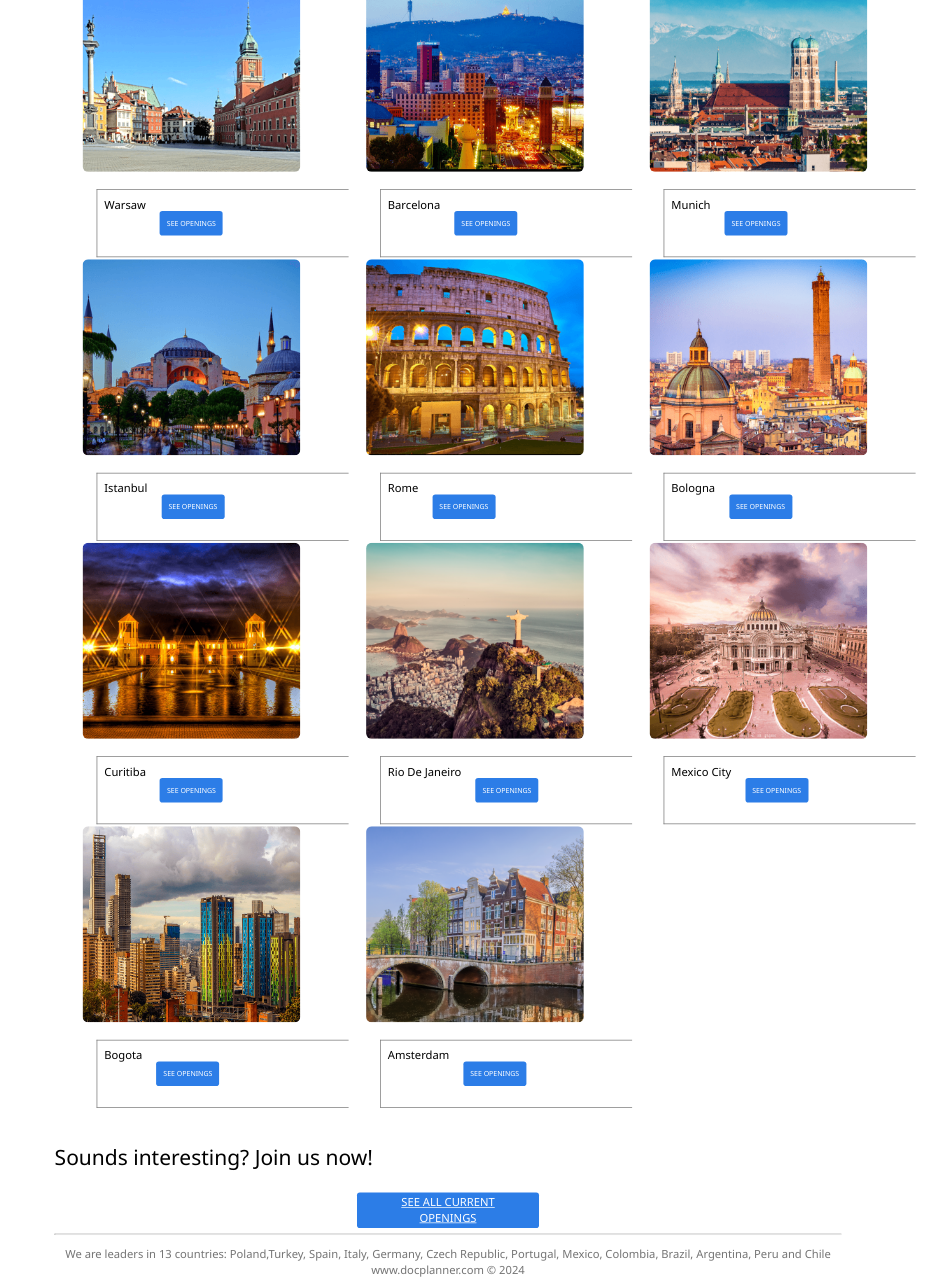
Repository: awa-creator/Checkpoint4
Page: doc.html
These files come from the project's save history. The page is drawn as it stood at one moment and after the next save; the edit follows.
The browser window is 1280 px wide. The page is 1328 px wide, so the pictures cover 1328 px, including what lies to the right of the window. The pictures show the part of the page from y = 1849 to 3689 px (the page is 3689 px tall before and 3634 px after), at 70% of full size.

Above is the page before, as saved 2024-09-24 23:33:57.

### doc.html
<!DOCTYPE html>
<html lang="en">
<head>
    <meta charset="UTF-8">
    <meta name="viewport" content="width=device-width, initial-scale=1.0">
    <title>Document</title>
    <link rel="stylesheet" href="style1.css">

</head>

<body>
        <header class="Doc_header" >
           <img class="doc_logo" src="image/imagdocplanner/logo-default-group-en.svg" alt="logo" width="238px" height="33px">
            <ul class="nav_menu">
            <li><h4 class="H">A About us</h4></li>
        <li><h4 class="H"> Career</h4></li>
        <li><h4 class="H">Departments</h4></li>
    </ul>
</header>
    <section class="Introduction">
        <div >
            <center><img class="idps" src="image/imagdocplanner/sygnet.png" alt=""></center>
        </div>
               <h1 class="tittle_intro" >Making the healthcare experience more human</h1>
        <div class="intro_text">
        <div class="div1"><p>We want patients to find the perfect doctor and book an appointment in the most easy way. The patient journey should be enjoyable, and that's why we are always next to them: to help them find the best possible care. Anytime, anywhere.</p>
        </div>
            <div class="div2"><p> We also help doctors to better manage their practice and build their  online reputation. With our integrated end-to-end solution, doctors  are able not only to improve their online presence, but also to  devote their time to what really matters: their patients.</p>
            </div>
            </div>
        </section>
        <section class="box">
            <div class="boxp">
                <img src="image/imagdocplanner/icon-patients.svg" alt="">
                <h2 class="text">For patients</h2> <p class="boxtext">Find a doctor, book a <br> visit and solve any <br> health-related doubt</p>
             <div class="">
   <select  class="choose_c" name="selectp" id="">
    <option value="">Choose a country</option>
    <option value="">Tunisia</option>
    <option value="">Morocco</option>
    <option value="">Senegal</option>
    <option value="">England</option>
    <option value="">Sweden</option>
    <option value="">France</option>
    <option value="">Saudi Arabia</option>
    <option value="">Japan</option>
   </select>
             </div>
            </div>
            <div class="boxd">
                <img src="image/imagdocplanner/icon-doctors.svg" alt=""> <h2 class="text">For doctors</h2> <p class="boxtext">Save time managing <br>visits and cut no- <br>shows by half</p>
            <div class="selectd">
                <select class="choose_c" name="" id="">
                    <option class="choose_c" value="">Choose a country</option>
                    <option value="">Argentina</option>
                    <option value="">Brazil</option>
                    <option value="">Chili</option>
                    <option value="">Colombia</option>
                    <option value="">Czech</option>
                    <option value="">Germany</option>
                    <option value="">Italy</option>
                    <option value="">Mexico</option>
                    <option value="">Peru</option>
                    <option value="">Poland</option>
                    <option value="">Spain</option>
                    <option value="">Turkey</option>
                   </select>
            </div>
            </div>
            <div class="boxc">
                <img src="image/imagdocplanner/icon-clinics.svg" alt=""> <h2 class="text">For clinics</h2> <p class="boxtext">Deliver an exceptional <br> patient experience in <br> your clinic</p>
            <select class="choose_c"name="" id="">
                <option value="">2 to 20 specialists</option>
                    <option value="">Brazil</option>
                    <option value="">Czech</option>
                    <option value="">Germany</option>
                    <option value="">Italy</option>
                    <option value="">Mexico</option>
                    <option value="">Poland</option>
                    <option value="">Spain</option>
                    <option value="">Turkey</option>
            </select> <br><br>
            <select  class="choose_c"name="" id="">
                <option  value="" >More than 20 specialists</option>
                <option value="">Brazil</option>
                <option value="">Italy</option>
                <option value="">Mexico</option>
                <option value="">Poland</option>
                <option value="">Spain</option>
            </select>
            </div>
        </section>
        <section  on class="brand_section">
            <p class="brand_intro"> We are a global <br> company <br> with local culture </p>
            <ul class="brand_logo">
            <a href=""><img class="im" src="image/imagdocplanner/sygnet.png" alt="">Znanylekarz</a>
            <a href=""><img class="im" src="image/imagdocplanner/sygnet.png" alt="">Doctoralia</a>
            <a href=""><img class="im" src="image/imagdocplanner/sygnet.png" alt="">Miodottore</a>
            <a href=""><img class="im" src="image/imagdocplanner/sygnet.png" alt="">Doktortakvimi</a>
            <a href=""><img class="im" src="image/imagdocplanner/sygnet.png" alt="">Znamylekar</a>
            <a class="bl" href="https://www.jameda.de/"><img class="jameda" src="image/imagdocplanner/logo-jameda.svg" alt=""></a>
            <a href="https://tuotempo.com/powered-by-tuotempo"><img class="tuotempo" src="image/imagdocplanner/logo-tuotempo.svg" alt="" width="140px" height="30px"></a>
            <a href="https://gipo.it/?redirect_origin=www.gipo.it"><img class="gipo" src="image/imagdocplanner/logo-gipo-primary.svg" alt=""></a>
            <a href="href=https://clinic-cloud.com/"><img class="clinic" src="image/imagdocplanner/logo-clinicloud.svg" alt="" > </a>
            <a  href="href=https://feegowclinic.com.br/"><img class="feegowclinic"  src="image/imagdocplanner/logo-feegow.svg" alt=""></a>
            <a  href="href=https://mydr.pl/welcome/"><img class="mydr" src="image/imagdocplanner/my-dr-edm-logo.svg" alt="" ></a>
        </ul>
    </section>
        <section class="platform">
            <div class="plat">
            <h1 class="iplat"> The world's biggest <br>healthcare platform</h1>
<p class="p_plat">We work from 9 offices all over the world, bringing Docplanner Group <br>to life in 13 countries. <br></p></div>
  <img class="logsynget" src="image/imagdocplanner/logo.png" alt="" >
<center><div class="grid">
                        <div class="column1a">
                   <img class="ilog" src="image/imagdocplanner/flag.png" alt="">  <h4 class="tittlegrid">Leader in 13 <br>countries </h4> <p class="textgrid">Poland, Brazil, Mexico, Spain, Italy, Germany, Turkey, Colombia, Czech Republic, Portugal, Argentina, Peru and Chile</p>
                        </div>
                        <div class="column1b">
                            <img class="ilog"  src="image/imagdocplanner/patients.png" alt=""><h4 class="tittlegrid">90,000,000 <br>patients</h4><p class="textgrid">visit our websites each month</p>
                                </div>
                        <div class="column2a">
                            <img class="ilog"  src="image/imagdocplanner/visits.png" alt=""> <h4 class="tittlegrid">22,000,000 <br>appointments</h4><p class="textgrid">booked last month</p>
                                </div>

                <div class="column2b">
                    <img class="ilog"  src="image/imagdocplanner/doctors.png" alt=""><h4 class="tittlegrid">260,000 <br>active doctors</h4> <p class="textgrid">trust our solutions</p>
                        </div>   </center>
                    </div>
                </section>
        <section class="contries">
            <center><h1 class="h1_contrie">Improve the lives of millions. <br>Change yours forever.</h1></center>
            <center><p class="p_contrie"> More than 2800 team mates share our same vision,<br> goals and passion.With offices in Warsaw, Barcelona, Munich, Istanbul, Rome, Rio, Bologna,<br> Mexico City and Curitiba, our search for great talent never stops. </p></center>
        </section>
       <section>
            <ul class="picture" >
     <li class="country1">
        <img class="coun" src="image/imagdocplanner/warsaw.png" alt=""><div class="count">Warsaw <a href="#">SEE OPENINGS</a></div></li>
<li class="country2">
<img class="coun"  src="image/imagdocplanner/barcelona.png" alt=""><div class="count">Barcelona <a href="#" target="_blank" rel="noopener noreferrer">SEE OPENINGS</a></div>
</li>
<li class="country3">
<img class="coun" src="image/imagdocplanner/munich.png" alt=""><div class="count">Munich <a href="#" target="_blank" rel="noopener noreferrer">SEE OPENINGS</a></div>
</li>
<li class="country3">
<img class="coun" src="image/imagdocplanner/istanbul.png" alt=""> <div class="count">Istanbul <a href="#" target="_blank" rel="noopener noreferrer">SEE OPENINGS</a></div>
</li>
<li class="country4">
<img class="coun" src="image/imagdocplanner/rome.png" alt=""><div class="count">Rome<a href="#" target="_blank" rel="noopener noreferrer">SEE OPENINGS</a></div>
</li>
<li class="country5">
<img class="coun" src="image/imagdocplanner/bologna.png" alt=""><div class="count">Bologna<a href="#" target="_blank" rel="noopener noreferrer">SEE OPENINGS</a></div>
</li>
<li class="country6">
    <img class="coun" src="image/imagdocplanner/curitiba.png" alt=""><div class="count">Curitiba<a href="#" target="_blank" rel="noopener noreferrer">SEE OPENINGS</a></div>
    </li>
    <li class="country7">
        <img class="coun" src="image/imagdocplanner/rio-janeiro.png" alt=""><div class="count">Rio De Janeiro<a href="#" target="_blank" rel="noopener noreferrer">SEE OPENINGS</a></div>
        </li>
        <li class="country8">
            <img class="coun" src="image/imagdocplanner/mexico-city.png" alt=""><div class="count">Mexico City<a href="#" target="_blank" rel="noopener noreferrer">SEE OPENINGS</a></div>
            </li>
            <li class="country9">
                <img class="coun" src="image/imagdocplanner/bogota.png" alt="" ><div class="count">Bogota<a href="#" target="_blank" rel="noopener noreferrer">SEE OPENINGS</a></div>
                </li>
                <li class="country10">
                    <img class="coun" src="image/imagdocplanner/amsterdam.png" alt=""><div class="count">Amsterdam<a href="#" target="_blank" rel="noopener noreferrer">SEE OPENINGS</a></div>
                    </li>
                </ul>
            </section>
<section>
    <p class="conclu"> Sounds interesting? Join us now!</p>
   <center><div class="finish">SEE ALL CURRENT OPENINGS</div></center>
</section>



</body>
<footer> <hr>
    <p class="end">We are leaders in 13 countries: Poland,Turkey, Spain, Italy, Germany, Czech Republic, Portugal, Mexico, Colombia, Brazil, Argentina, Peru and Chile
    <br>www.docplanner.com © 2024 </p>

</footer>
</html>

### style1.css
body{
    font-family: 'Segoe UI', Tahoma, Geneva, Verdana, sans-serif;
    padding-left: 70px;
    padding-right: 70px;

    }
.Doc_header{
    display: inline;
    padding: 10px;
    margin: 10px;
    display: flex;
    justify-content: space-between;
    align-content: space-between;
    position: sticky;
}
.doc_logo{
    display: flex;
    justify-content: center;
}
.nav_menu{
    display: flex;
    justify-content: space-between;
    margin:0px;
    padding: 0px;
    list-style-type: none;
    color: #747474;
}
.div1,.div2{
    float: left;
    padding: 10px;
}
.H{
    margin: 10px;
}
.idps{
    display: flex;
    align-self: center;
}

.log{
    text-align: center;
}

.tittle_intro{
text-align: center;
color:#00b39b;
font-size:2em;
font-family:Arial, Helvetica, sans-serif;
font-weight: normal;
}
.intro_text{
    display: flex;
    justify-content: space-around;
    color:#747474;
    font-family: system-ui, -apple-system, BlinkMacSystemFont, 'Segoe UI', Roboto, Oxygen, Ubuntu, Cantarell, 'Open Sans', 'Helvetica Neue', sans-serif;
    font-size: 16px;
    margin:20px;
}
.box{
    display: flex;
    margin: 30px;
    width: 80%;
    flex-direction: row;
    margin-left: 10%;

}

.boxp{
    background-color:#00ccb1;
   padding: 10px;
   border-radius: 10px;
   color: white;
   margin: 10px;
   height: 300px;
   flex-basis: 48%;
   width: 20%;
}
.boxd{
    background-color:#3d83df ;
   padding: 10px;
   border-radius: 10px;
   color: white;
   margin: 10px;
   height: 300px;
   flex-basis: 48%;
   width:20%;
}
.boxc {
    background-color:#1b2734;
    padding: 10px;
    border-radius: 10px;
    color: white;
    margin: 10px;
    height: 300px;
    flex-basis: 48%;
    width:20%;
}
.text{
    font-family: Arial, Helvetica, sans-serif;
    font-weight: normal;
    font-size: 28px;
}
.boxtext{
    font-weight: normal;
    font-size: 24px;
}
.selectp{
    background-color: none;
}
.choose_c{
    background-color: transparent;
    color: #FFF;
    border: transparent;
    text-decoration: underline;
    font-size: 15px;
}
.brand_intro{

    color: #00b39b;
    font-size: 24px;
margin-left: 200px;

}
.brand_section{
    display: flex;
    justify-content: space-between;
    padding: 20px;
    margin: -40px;
}
.brand_logo {
    display: grid;
    grid-template-columns: repeat(4,110px);
    grid-template-rows: repeat(3,70px);
    margin-right: 160px;
    font-weight: 600;
    filter:grayscale(100%);
}
a{
    text-decoration: none;
}
.im{
   display: grid;
    height: 25px;
    width:25px;
    filter:grayscale(100%);
   grid-template-columns: repeat(4, 1fr);
    grid-template-rows: repeat(3, 1fr);
    margin-left: -25px;
    margin-bottom: -25px;
}
.jameda{

    filter:grayscale(100%);
    margin-bottom: -5px;

}
.tuotempo{
    width: 100px;
    filter:grayscale(100%);
    margin-top: -5px;
}
.gipo{
    width: 40px;
    filter:grayscale(100%);
    margin-top: -10px;
    margin-left: 20px;
}
.clinic{
    width: 60px;
    filter:grayscale(100%);
    margin-top: -10px;
}
.feegowclinic{
    width: 90px;
    filter:grayscale(100%);
    margin-top: -10px;
}
.mydr{
    width: 100px;
    filter:grayscale(100%);
    margin-top: -10px;
}


.platform{
    background-color: #e5faf8;
    max-height: 600px;
    overflow: hidden;
}
.plat{
    color:#34b99d;

}
.logosy{
    padding-left: 50px;
    padding-top: 50px;
}
.logsynget{
    padding-left: 50px;
    padding-top: 50px;
    overflow: hidden;
}
.iplat{
    font-weight: normal;
    font-size: 34px;
    margin-left: 70px;
    margin-bottom: -40px;

}
.p_plat{
    color: #747474;
    margin-left: 70px;
    padding-bottom: 60px
}
.grid{
    display: grid;
    gap: 20px;
    grid-template-columns: repeat(2, 1fr);
    position: relative;
    border-radius: 10px;
    margin-left: 600px;
    margin-top:-600px;
    width: 40%;
    height: 80%;
    padding: 40px;
}
.tittlegrid{
    font-weight: normal;
    color: #00b39b;
}
.column1a{
    background-color:#FFF;
    border-radius: 5px;
    height: auto;
}
.column1b{
    background-color:#FFF;
    border-radius: 5px;
    height: auto;
    transform: translateY(-30px);
}
.ilog{
    margin-top: 30px;
}
.column2a{
    background-color:#FFF;
    border-radius: 5px;
  height: auto;

}
.column2b{
    background-color:#FFF;
    border-radius: 5px;
  height: auto;
  transform: translateY(-30px);
}

.textgrid{
    color: #747474;
    font-family: system-ui, -apple-system, BlinkMacSystemFont, 'Segoe UI', Roboto, Oxygen, Ubuntu, Cantarell, 'Open Sans', 'Helvetica Neue', sans-serif;
 font-size: 13px;
}
.h1_contrie{
    color: #00b39b;
    font-weight: normal;
    padding: 5px;
 font-size: 30px;
}
.p_contrie{
    color: #747474;
    margin: 22px;
    font-size: 14px;
    padding: 20px;
}
.contries{
    justify-content: center;
}
.picture{
    display: grid;
    grid-template-columns: repeat(3, 400px);
    grid-template-rows: repeat(3, 400px);
    list-style-type: none;
    grid-gap: 5px;
    margin: auto;
}
.coun{
    border-radius: 8px;
    width: 311px;
    height:280px;
}
.count{
    display: flex;
    border: 1px solid #747474;
    border-top: -50px;
    border-right:40px

}
.count a{
    width: 70px;
    height: 15px;
    left: 200px;
    top: -50px;
    background-color: #2c7de7;
    color: white;
    font-size: .625rem;
    padding: 1em 1.5em;
    border-radius: 4px;
    bottom: 10px;

}
.count,.count a{
    margin: 20px;
    padding: 10px;

}
.conclu{
font-size: 30px ;
}
.finish{
   text-decoration: underline;
    width: 210px;
    height: 1px;
    background-color: #2c7de7;
    color: white;
    padding: 25px;
    border-radius: 4px;
    display: flex;
    align-items: center;
}
.end{
    color: #747474;
    text-align: center;
}

After the next save:
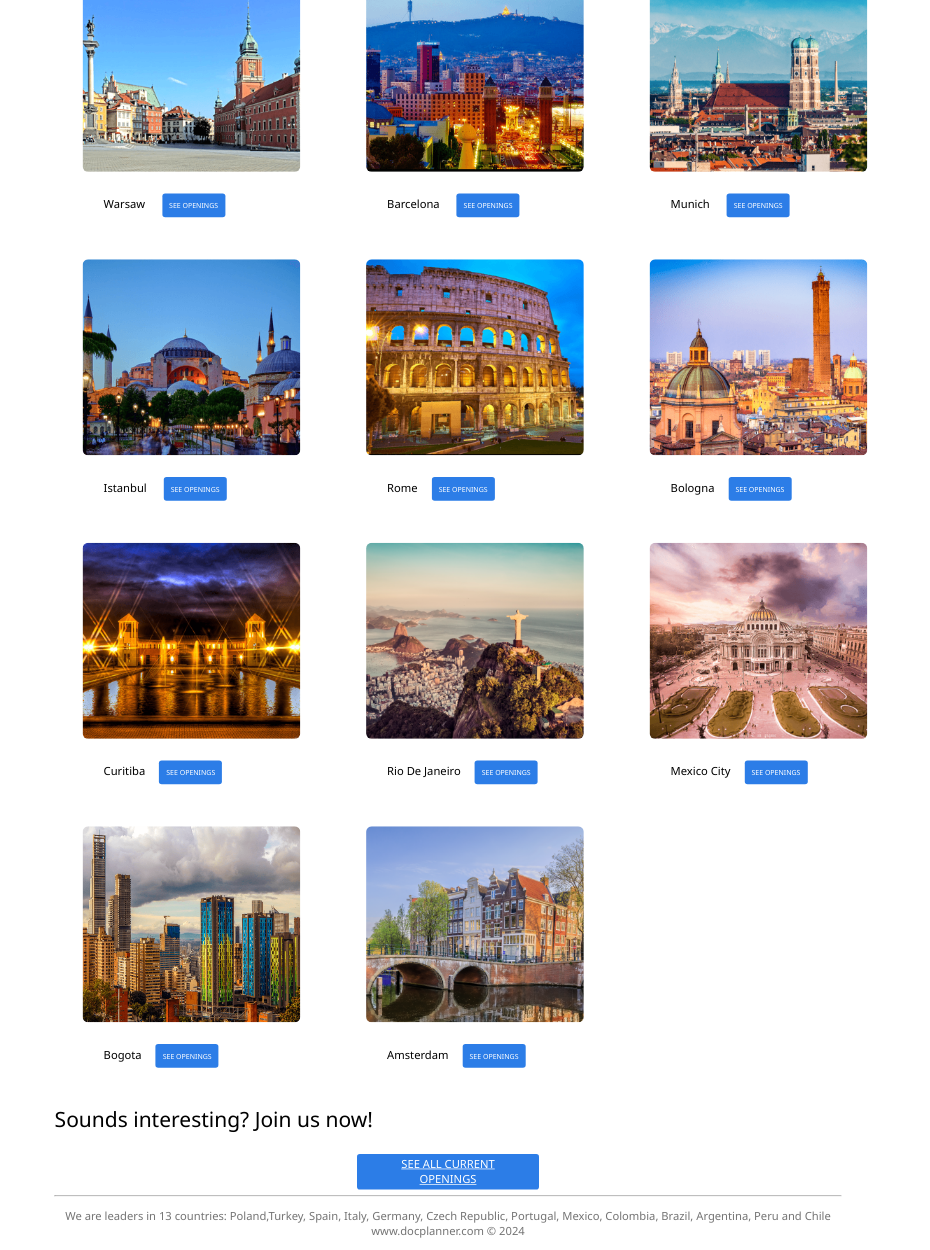
Saved 12 s later.
--- a/style1.css
+++ b/style1.css
@@ -289,10 +289,6 @@
     height:280px;
 }
 .count{
-    display: flex;
-    border: 1px solid #747474;
-    border-top: -50px;
-    border-right:40px
 
 }
 .count a{
